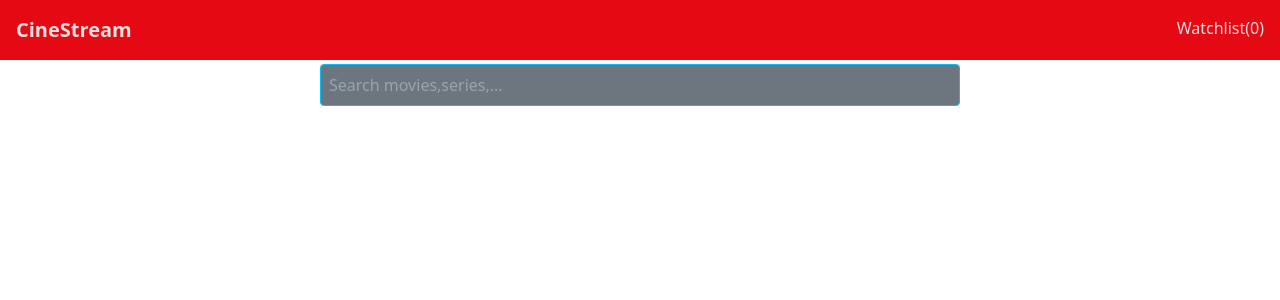
Repository: Reshmashameem31/Cine-Stream
Page: / (app in movie-project/)
These files come from the project's save history. The page is drawn as it stood at one moment and after the next save; the edit follows.
The browser window is 1280 px wide. The pictures show the whole page.
The project was rebuilt for these pictures with package versions that can differ from the ones it lists, and the page was loaded fresh each time. Also part of the build but not shown: movie-project/vite.config.js, movie-project/src/pages/WatchList.jsx.

Above is the page before, as saved 2025-08-15 17:40:17.

After the next save:
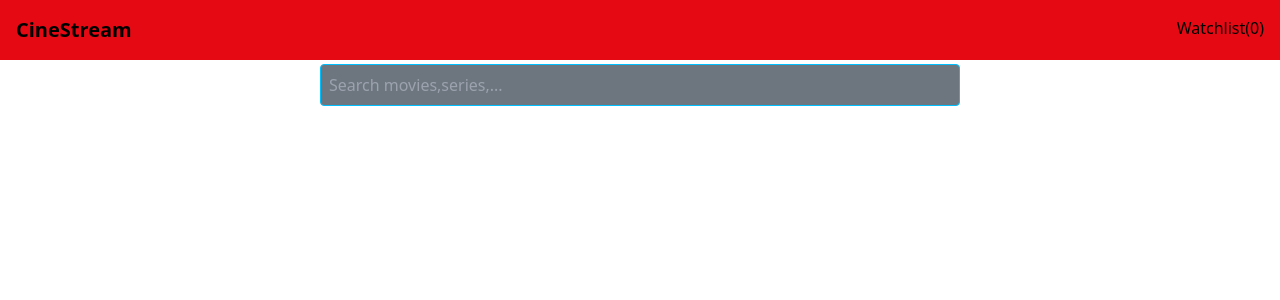
Saved 17 s later.
--- a/movie-project/src/pages/Navbar.jsx
+++ b/movie-project/src/pages/Navbar.jsx
@@ -3,7 +3,7 @@ import { Link } from 'react-router-dom'
 
 const Navbar = () => {
   return (
-    <nav className='p-4 bg-[#E50914] text-[#E0E0E0]  flex justify-between fixed w-full top-0'>
+    <nav className='p-4 bg-[#E50914] text-[#]  flex justify-between fixed w-full top-0'>
       <Link to="/" className='font-bold text-xl hover:text-[#00E5FF] '>CineStream</Link>
       <Link to="/watchlist" className='text-l hover:text-[#00E5FF]'>Watchlist(0)</Link>
     </nav>
